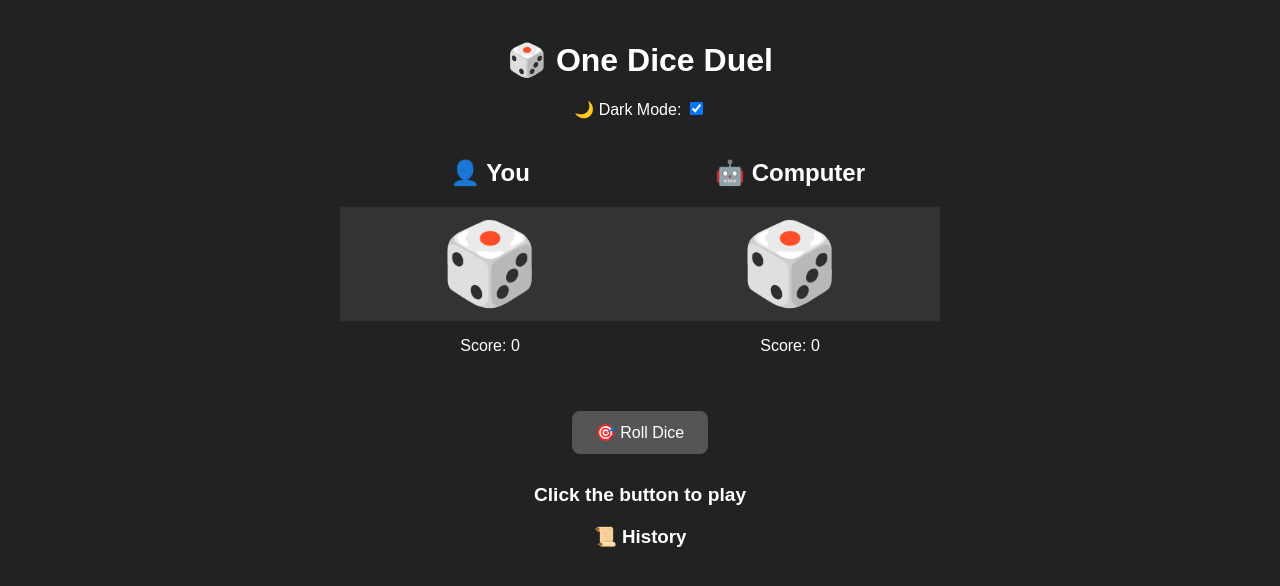
Repository: alokanand524/anand-portfolio
Page: games/dice-game/index.html
These files come from the project's save history. The page is drawn as it stood at one moment and after the next save; the edit follows.
The browser window is 1280 px wide. The pictures show the whole page.
After loading, the first visible `#dark-mode-toggle` was changed once.

Above is the page before, as saved 2025-07-31 14:59:23.

After the next save:
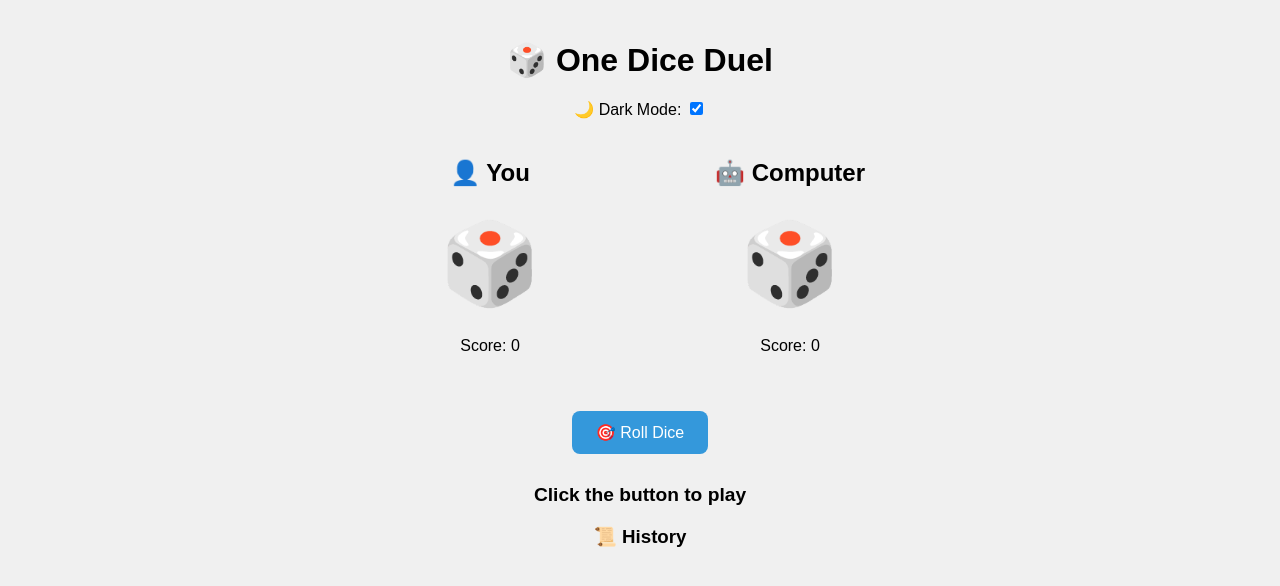
Saved 2 min 19 s later.
--- a/games/dice-game/style.css
+++ b/games/dice-game/style.css
@@ -72,7 +72,7 @@ h1 {
 }
 
 /* Dark mode */
-body.dark {
+/* body.dark {
   background-color: #222;
   color: #fff;
 }
@@ -87,7 +87,7 @@ body.dark #roll-btn {
 
 body.dark #roll-btn:hover {
   background-color: #666;
-}
+} */
 
 @media (max-width: 600px) {
   .dice-section {
